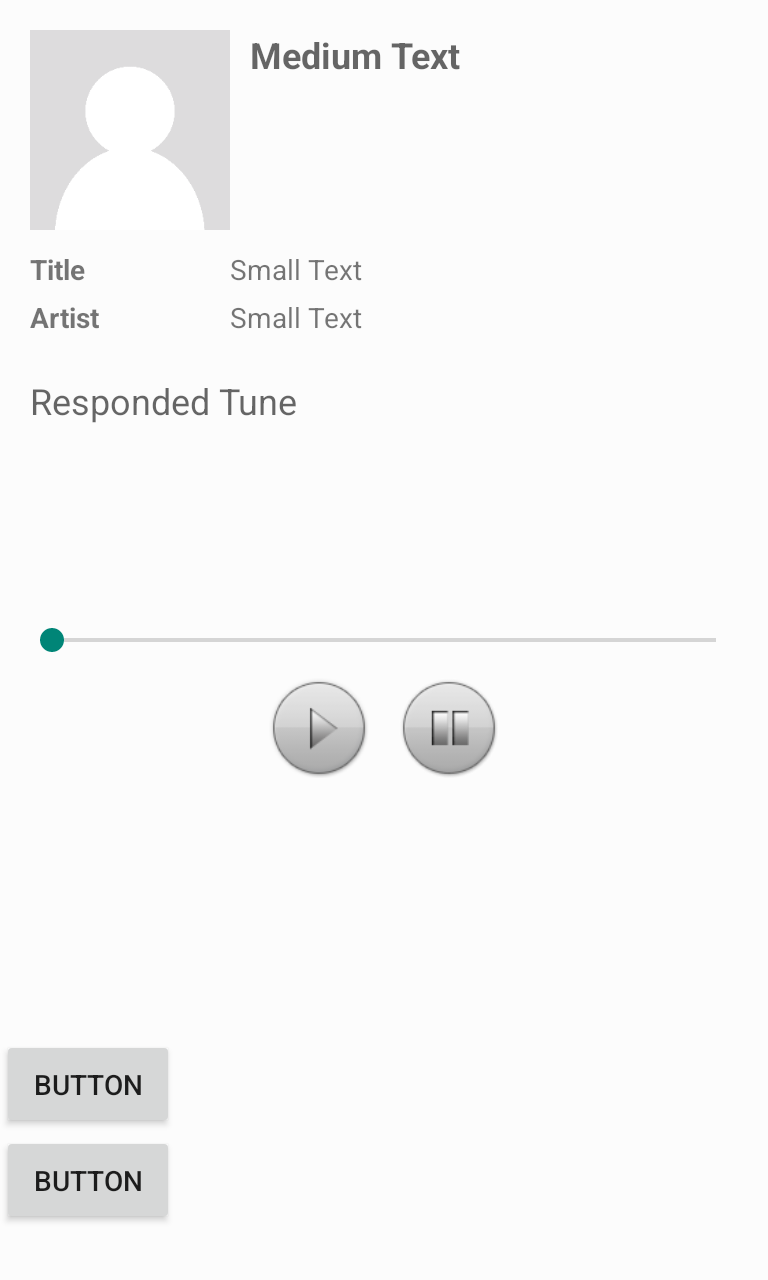
Repository: savindra/cutting-edge
Layout: Humzearch/res/layout/view_response_item.xml
These files come from the project's save history. The layout is drawn as it stood at one moment and after the next save; the edit follows.
It is drawn on a 768 x 1280 px phone screen (xhdpi) without system bars, with theme AppTheme; the app's code is not run.

Above is the layout before, as saved 2015-06-15 17:31:41.

After the next save:
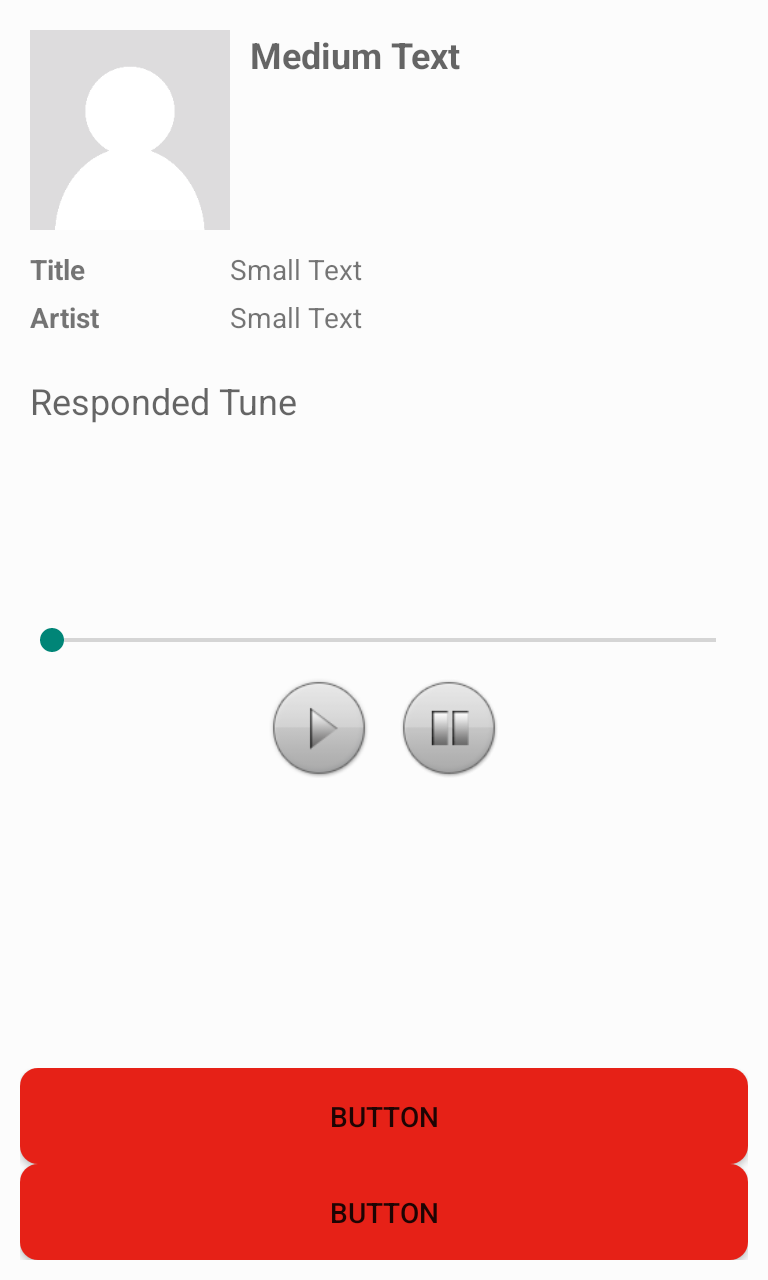
Saved 11 min 27 s later.
--- a/Humzearch/res/layout/view_response_item.xml
+++ b/Humzearch/res/layout/view_response_item.xml
@@ -115,25 +115,26 @@
     </LinearLayout>
 
     <LinearLayout
-        android:layout_width="wrap_content"
+        android:layout_width="match_parent"
         android:layout_height="wrap_content"
         android:layout_alignParentBottom="true"
         android:layout_alignParentLeft="true"
-        android:layout_marginBottom="26dp"
+        android:layout_margin="10dp"
         android:orientation="vertical" >
 
         <Button
             android:id="@+id/button3"
-            android:layout_width="wrap_content"
+            android:layout_width="match_parent"
             android:layout_height="wrap_content"
-            android:text="Button" />
+            android:text="Button"
+            android:background="@drawable/buttonshape" />
 
         <Button
             android:id="@+id/button4"
-            android:layout_width="wrap_content"
+            android:layout_width="match_parent"
             android:layout_height="wrap_content"
-            android:text="Button" />
-
+            android:text="Button"
+            android:background="@drawable/buttonshape" />
     </LinearLayout>
 
 </RelativeLayout>
